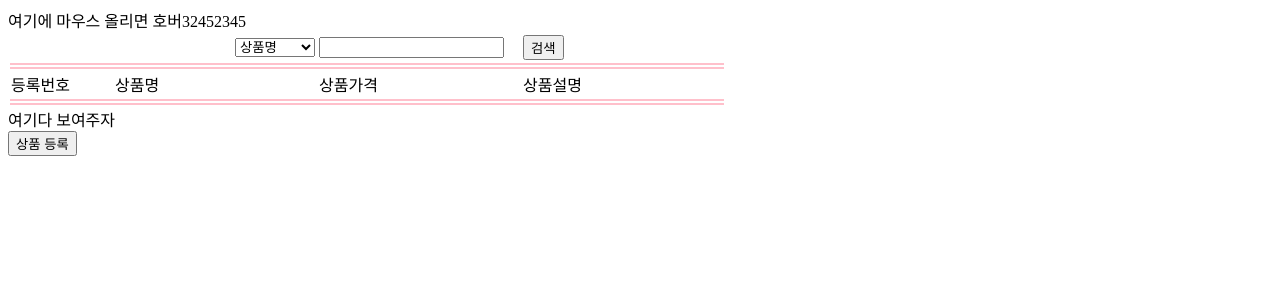
Repository: Seonhanbit/dev
Page: http://localhost/hw_backend_0920/product.do?action=listProduct&
The author's editor kept a copy of each file at every save. The page is drawn from the files as they stood at one save, then again after the next save.
The browser window is 1280 px wide. The pictures show the whole page.
Some web libraries are served in a nearby version. The page is served by Tomcat 9. Other server files are loaded and not shown. Queries for data that is not in the repository find no rows.

Above is the page before, as saved 2019-09-23 10:31:25.

### work_servlet_jsp/hw_backend_0920/WebContent/listProduct.jsp
<%@ page language="java" contentType="text/html; charset=UTF-8"
    pageEncoding="UTF-8"%>
<%@ taglib uri="http://java.sun.com/jsp/jstl/core" prefix="c"%>
<%@ taglib uri="http://java.sun.com/jsp/jstl/functions" prefix="fn"%>
<!DOCTYPE html>
<html>
<head>
<meta charset="UTF-8">
<title>listProduct</title>
<script type="text/javascript"
    src="http://code.jquery.com/jquery-3.2.0.min.js"></script>
<script type="text/javascript">
    function search() {
        location.href = "product.do?action=listProduct&"
                + document.getElementById("search_sel").value + "="
                + document.getElementById("search_text").value;
    }
    $(document).ready(function() {
        $('.al').hover(function() {
            $.ajax({
                url : "product.do?action=viewProduct&button=true&num=" + $(this).parents("td").prev().text(),
                dataType : "html",
                success : function(data) {
                    //var hhh = $(data).html('table');
                    $('#view').html(data);
                },
                error : function() {
                }
            });
        });
    });
</script>
</head>
<body>
    <div id="div">여기에 마우스 올리면 호버32452345</div>
    <table>
        <tr>
            <td colspan="2" style="text-align: right;"><select
                id="search_sel">
                    <c:if test="${empty param.name and empty param.price}">
                        <option value="name" selected>상품명</option>
                        <option value="price">가격(이하)</option>
                        <td><input type="text" id="search_text" value=""></td>
                    </c:if>
                    <c:if test="${not empty param.name and empty param.price}">
                        <option value="name" selected>상품명</option>
                        <option value="price">가격(이하)</option>
                        <td><input type="text" id="search_text" value="${param.name}"></td>
                    </c:if>
                    <c:if test="${empty param.name and not empty param.price}">
                        <option value="name">상품명</option>
                        <option value="price" selected>가격(이하)</option>
                        <td><input type="text" id="search_text"
                            value="${param.price}"></td>
                    </c:if>
            </select></td>
            <td><input type="button" value="검색" onclick="search()"></td>
        </tr>
        <tr>
            <td colspan="4" bgcolor="pink"></td>
        </tr>
        <tr>
            <td colspan="4" bgcolor="pink"></td>
        </tr>
        <tr>
            <td width="100">등록번호</td>
            <td width="200">상품명</td>
            <td width="200">상품가격</td>
            <td width="200">상품설명</td>
        </tr>
        <tr>
            <td colspan="4" bgcolor="pink"></td>
        </tr>
        <c:forEach items="${productList}" var="product">
            <c:if
                test="${(empty param.name and empty param.price) or (not empty param.name and fn:contains(fn:toLowerCase(product.name), fn:toLowerCase(param.name))) or (not empty param.price  and param.price ge product.price)}">
                <tr>
                    <td>${product.num}</td>
                    <td><a class="al"
                        href="product.do?action=viewProduct&num=${product.num}">${product.name}</a></td>
                    <td>${product.price}</td>
                    <td>${product.description}</td>
                </tr>
            </c:if>
        </c:forEach>
        <tr>
            <td colspan="4" bgcolor="pink"></td>
        </tr>
    </table>
    <div id="view">여기다 보여주자</div>
    <input type="button" value="상품 등록"
        onclick="location.href='product.do?action=addProductForm'">
</body>
</html>

### work_servlet_jsp/hw_backend_0920/src/edu/ssafy/servlet/ProductServlet.java
package edu.ssafy.servlet;

import java.io.*;
import java.util.*;

import javax.servlet.*;
import javax.servlet.annotation.WebServlet;
import javax.servlet.http.*;

import edu.ssafy.model.ProductManager;
import edu.ssafy.model.ProductVO;
import edu.ssafy.service.IProductService;
import edu.ssafy.service.ProductService;

@WebServlet("/product.do")
public class ProductServlet extends HttpServlet {
	private static final long serialVersionUID = 1L;
	IProductService service = new ProductService();

	protected void doGet(HttpServletRequest request, HttpServletResponse response)
			throws ServletException, IOException {

		doPost(request, response);
	}

	protected void doPost(HttpServletRequest request, HttpServletResponse response)
			throws ServletException, IOException {

		request.setCharacterEncoding("UTF-8");
		response.setCharacterEncoding("UTF-8");
		String action = request.getParameter("action");

		if (action == null || action.equals("listProduct")) {
			service.listPro(request, response);
		} else if (action.equals("addProduct")) {
			service.addPro(request, response);
		} else if (action.equals("addProductForm")) {
			service.addProForm(request, response);
		} else if (action.equals("viewProduct")) {
			service.viewPro(request, response);
		} else if (action.equals("delProduct")) {
			service.delPro(request, response);
		}
		// doGet(request, response);
	}
}

### work_servlet_jsp/hw_backend_0920/src/edu/ssafy/service/ProductService.java
package edu.ssafy.service;

import java.io.IOException;
import java.util.ArrayList;

import javax.servlet.ServletException;
import javax.servlet.http.HttpServletRequest;
import javax.servlet.http.HttpServletResponse;

import edu.ssafy.model.IProductManager;
import edu.ssafy.model.ProductManager;
import edu.ssafy.model.ProductVO;

public class ProductService implements IProductService {
	IProductManager productManager = new ProductManager();

	public void delPro(HttpServletRequest request, HttpServletResponse response) throws IOException {
		String num = request.getParameter("num");
		productManager.delProduct(num);
		response.sendRedirect("product.do?action=listProduct");
	}

	public void viewPro(HttpServletRequest request, HttpServletResponse response)
			throws ServletException, IOException {
		String num = request.getParameter("num");
		ProductVO productVO = productManager.getProduct(num);
		request.setAttribute("product", productVO);
		request.getRequestDispatcher("viewProduct.jsp").forward(request, response);
	}

	public void addProForm(HttpServletRequest request, HttpServletResponse response)
			throws ServletException, IOException {
		request.getRequestDispatcher("addProductForm.jsp").forward(request, response);
	}

	public void addPro(HttpServletRequest request, HttpServletResponse response) throws IOException {
		String name = request.getParameter("name");
		int price = Integer.parseInt(request.getParameter("price"));
		String description = request.getParameter("description");
		productManager.addProduct(new ProductVO(name, price, description));
		response.sendRedirect("product.do?action=listProduct");
	}

	public void listPro(HttpServletRequest request, HttpServletResponse response)
			throws ServletException, IOException {
		ArrayList<ProductVO> productList = productManager.getProductList();
		request.setAttribute("productList", productList);
		request.getRequestDispatcher("listProduct.jsp").forward(request, response);
	}
}

### work_servlet_jsp/hw_backend_0920/src/edu/ssafy/model/IProductManager.java
package edu.ssafy.model;

import java.sql.SQLException;
import java.util.ArrayList;

public interface IProductManager {
	public boolean addProduct(ProductVO productVO);

	public ProductVO getProduct(String num);

	public ArrayList<ProductVO> getProductList();

	public boolean delProduct(String num);

	public void close();
}

### work_servlet_jsp/hw_backend_0920/src/edu/ssafy/model/ProductManager.java
package edu.ssafy.model;

import java.sql.*;
import java.util.*;

public class ProductManager implements IProductManager {
	private Connection conn = null;
	private PreparedStatement st = null;
	private ResultSet rs = null;

	public ProductManager() {
	}

	public boolean addProduct(ProductVO productVO) {
		String str = "insert into products(name, price, description) values(?, ?, ?)";
		int res = 0;
		try {
			conn = ConnectionProxy.getConnection();
			st = conn.prepareStatement(str);
			st.setString(1, productVO.getName());
			st.setInt(2, productVO.getPrice());
			st.setString(3, productVO.getDescription());
			res = st.executeUpdate();
		} catch (SQLException e) {
			e.printStackTrace();
		} finally {
			close();
		}
		return res > 0 ? true : false;
	}

	public ProductVO getProduct(String num) {
		String sql = "select * from products where num=?";
		ProductVO vo = null;
		try {
			conn = ConnectionProxy.getConnection();
			st = conn.prepareStatement(sql);
			st.setString(1, num);
			rs = st.executeQuery();
			if (rs.next()) {
				vo = new ProductVO();
				vo.setNum(rs.getInt("num"));
				vo.setName(rs.getString("name"));
				vo.setPrice(rs.getInt("price"));
				vo.setDescription(rs.getString("description"));
			} else
				return null;
		} catch (SQLException e) {
			e.printStackTrace();
		} finally {
			close();
		}
		return vo;
	}

	public ArrayList<ProductVO> getProductList() {
		String sql = "select * from products";
		ArrayList<ProductVO> list = new ArrayList<>();
		try {
			conn = ConnectionProxy.getConnection();
			st = conn.prepareStatement(sql);
			rs = st.executeQuery();
			while (rs.next()) {
				ProductVO vo = new ProductVO();
				vo.setNum(rs.getInt("num"));
				vo.setName(rs.getString("name"));
				vo.setPrice(rs.getInt("price"));
				vo.setDescription(rs.getString("description"));
				list.add(vo);
			}
		} catch (SQLException e) {
			e.printStackTrace();
		} finally {
			close();
		}
		return list;
	}

	public boolean delProduct(String num) {
		String sql = "delete from products where num=?";
		boolean res = false;
		try {
			conn = ConnectionProxy.getConnection();
			st = conn.prepareStatement(sql);
			st.setString(1, num);
			res = st.execute();
		} catch (SQLException e) {
			e.printStackTrace();
		} finally {
			close();
		}
		return res;
	}

	public void close() {
		try {
			if (rs != null)
				rs.close();
			if (st != null)
				st.close();
			if (conn != null)
				conn.close();
		} catch (SQLException e) {
			e.printStackTrace();
		}
	}
}

### work_servlet_jsp/hw_backend_0920/src/edu/ssafy/model/ConnectionProxy.java
package edu.ssafy.model;

import java.sql.*;

/*
create database ssafy0920;
use ssafy0920;

CREATE TABLE products (
	num int NOT NULL AUTO_INCREMENT PRIMARY KEY,
	name VARCHAR(20),
    price int,
    description VARCHAR(100)
);
 */

public class ConnectionProxy {
	public static Connection getConnection() {
		Connection conn = null;
		try {
			// 1. Driver 로딩
			Class.forName("com.mysql.cj.jdbc.Driver");
			// 2. Connection 연결
			conn = DriverManager.getConnection(
					"jdbc:mysql://127.0.0.1:3306/ssafy0920?serverTimezone=UTC&useUniCode=yes&characterEncoding=UTF-8",
					"ssafy", "ssafy");
		} catch (ClassNotFoundException e) {
			// TODO Auto-generated catch block
			e.printStackTrace();
		} catch (SQLException e) {
			// TODO Auto-generated catch block
			e.printStackTrace();
		}
		return conn;
	}
}

After the next save:
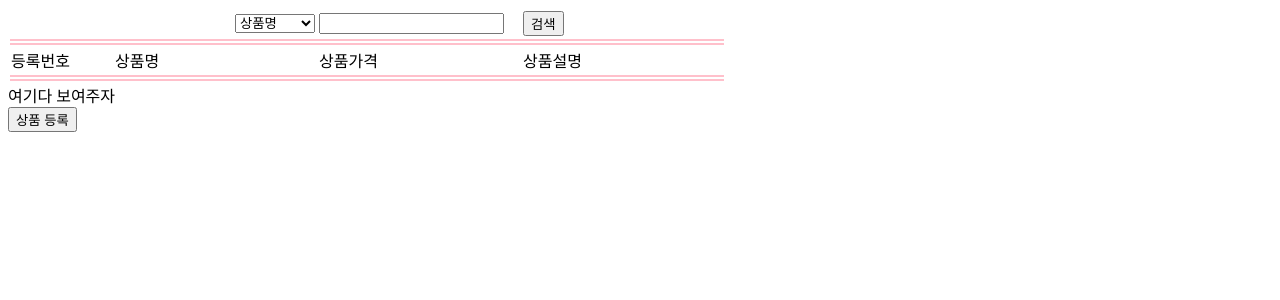
Saved 22 s later.
--- a/work_servlet_jsp/hw_backend_0920/WebContent/listProduct.jsp
+++ b/work_servlet_jsp/hw_backend_0920/WebContent/listProduct.jsp
@@ -32,7 +32,6 @@
 </script>
 </head>
 <body>
-    <div id="div">여기에 마우스 올리면 호버32452345</div>
     <table>
         <tr>
             <td colspan="2" style="text-align: right;"><select
